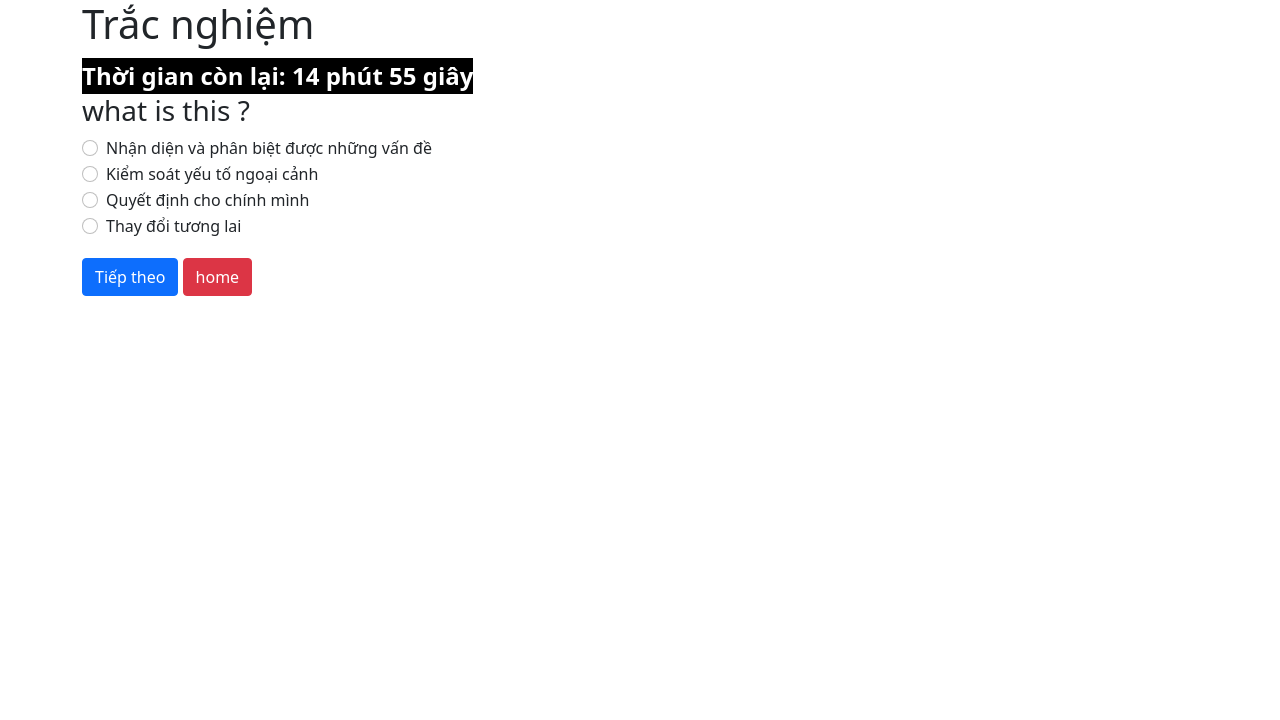
Repository: tran-thien-nhan/quiz_tlln
Page: men_advantage_quiz.html
The author's editor kept a copy of each file at every save. The page is drawn from the files as they stood at one save, then again after the next save.
The browser window is 1280 px wide. The pictures show the whole page.

Above is the page before, as saved 2023-06-25 19:18:58.

### men_advantage_quiz.html
<!DOCTYPE html>
<html lang="en">

<head>
    <meta charset="UTF-8">
    <meta name="viewport" content="width=device-width, initial-scale=1.0">
    <title>Trắc nghiệm</title>
    <link rel="stylesheet" href="https://cdnjs.cloudflare.com/ajax/libs/bootstrap/5.0.2/css/bootstrap.min.css">
    <style>
        .question {
            margin-bottom: 20px;
        }
    </style>
</head>

<body>
    <div class="container">
        <h1>Trắc nghiệm</h1>
        <div id="timeclock"></div>
        <div class="question" id="questionContainer">
            <h3 id="question"></h3>
            <img src="" alt="" id="image" style="display: none;"> <!-- Thêm thẻ <img> để hiển thị hình ảnh -->
            <div class="form-check">
                <input class="form-check-input" type="radio" name="answer" id="answer1">
                <label class="form-check-label" for="answer1" id="answerText1"></label>
            </div>
            <div class="form-check">
                <input class="form-check-input" type="radio" name="answer" id="answer2">
                <label class="form-check-label" for="answer2" id="answerText2"></label>
            </div>
            <div class="form-check">
                <input class="form-check-input" type="radio" name="answer" id="answer3">
                <label class="form-check-label" for="answer3" id="answerText3"></label>
            </div>
            <div class="form-check">
                <input class="form-check-input" type="radio" name="answer" id="answer4">
                <label class="form-check-label" for="answer4" id="answerText4"></label>
            </div>
            <span id="result"></span>
        </div>

        <button class="btn btn-primary" id="nextButton">Tiếp theo</button>
        <span id="score"></span>
        <a href="index.html" class="btn btn-danger" id="home">home</a>
    </div>

    <!-- Modal -->
    <div class="modal fade" id="myModal" tabindex="-1" aria-labelledby="exampleModalLabel" aria-hidden="true">
        <div class="modal-dialog">
            <div class="modal-content">
                <div class="modal-header">
                    <h5 class="modal-title" id="exampleModalLabel">Thông báo</h5>
                    <button type="button" class="btn-close" data-bs-dismiss="modal" aria-label="Close"></button>
                </div>
                <div class="modal-body">
                    Bạn có 15 phút để làm trắc nghiệm.
                </div>
            </div>
        </div>
    </div>

    <script src="https://cdnjs.cloudflare.com/ajax/libs/bootstrap/5.0.2/js/bootstrap.bundle.min.js"></script>
    <script>
        // Đọc câu hỏi từ tệp JSON
        fetch("men_advantage.json")
            .then(response => response.json())
            .then(data => {
                const questions = data.questions;

                // Lấy ngẫu nhiên 20 câu hỏi
                const randomQuestions = getRandomElements(questions, 3);

                let currentQuestionIndex = 0;
                let score = 0;
                let timeRemaining = 900; // 15 phút * 60 giây = 900 giây

                const questionContainer = document.getElementById("questionContainer");
                const questionElement = document.getElementById("question");
                const imageElement = document.getElementById("image");
                const answerTextElements = [
                    document.getElementById("answerText1"),
                    document.getElementById("answerText2"),
                    document.getElementById("answerText3"),
                    document.getElementById("answerText4")
                ];
                const resultElement = document.getElementById("result");
                const nextButton = document.getElementById("nextButton");
                const scoreElement = document.getElementById("score");

                // Cập nhật câu hỏi và câu trả lời
                function updateQuestion() {
                    const question = randomQuestions[currentQuestionIndex];
                    questionElement.textContent = question.question;
                    resultElement.textContent = "";

                    for (let i = 0; i < answerTextElements.length; i++) {
                        answerTextElements[i].textContent = question.choices[i];
                    }
                }

                // Kiểm tra câu trả lời
                function checkAnswer() {
                    const question = randomQuestions[currentQuestionIndex];
                    const selectedAnswer = document.querySelector('input[name="answer"]:checked');

                    if (selectedAnswer) {
                        const selectedAnswerText = selectedAnswer.nextElementSibling.textContent;

                        if (selectedAnswerText === question.correctAnswer) {
                            score += 1;
                            resultElement.textContent = "Đúng";
                            resultElement.style.color = "green";
                        } else {
                            resultElement.textContent = "Sai";
                            resultElement.style.color = "red";
                        }

                        setTimeout(() => {
                            currentQuestionIndex++;

                            if (currentQuestionIndex < randomQuestions.length) {
                                updateQuestion();
                                selectedAnswer.checked = false;
                                nextButton.disabled = true;
                                setTimeout(() => {
                                    nextButton.disabled = false;
                                }, 200);
                            } else {
                                clearInterval(timerInterval);
                                questionContainer.style.display = "none";
                                nextButton.style.display = "none";
                                const finalScore = (score / randomQuestions.length) * 10;
                                scoreElement.textContent = `Tổng điểm: ${finalScore.toFixed(1)}`;
                                scoreElement.style.display = "block";
                                scoreElement.style.fontWeight = "bold";

                                if (finalScore > 5) {
                                    scoreElement.style.color = "green"; // Màu xanh lá cây nếu tổng điểm lớn hơn 5
                                } else {
                                    scoreElement.style.color = "red"; // Màu đỏ nếu tổng điểm nhỏ hơn hoặc bằng 5
                                }

                                scoreElement.style.fontSize = "2rem";

                                if (timeRemaining === 0) {
                                    questionContainer.style.display = "none";
                                    nextButton.style.display = "none";
                                } else {
                                    questionContainer.style.display = "none";
                                    nextButton.style.display = "none";
                                    const minutes = Math.floor((15 * 60 - timeRemaining) / 60);
                                    const seconds = (15 * 60 - timeRemaining) % 60;
                                    timerElement.textContent = `Bạn đã làm xong trong: ${minutes} phút ${seconds} giây`;
                                    timerElement.style.backgroundColor = "white";
                                    timerElement.style.color = "black";
                                }
                            }
                        }, 200);
                    }
                }

                // Xử lý sự kiện khi nhấn nút "Tiếp theo"
                nextButton.addEventListener("click", () => {
                    checkAnswer();
                });

                // Bắt đầu trắc nghiệm
                updateQuestion();

                // Đồng hồ đếm ngược
                const timerElement = document.createElement("div");
                timerElement.style.fontSize = "24px";
                timerElement.style.fontWeight = "bold";
                timerElement.style.marginTop = "10px";
                timerElement.style.textAlign = "center";
                timerElement.style.color = "white";
                timerElement.style.backgroundColor = "black";
                timerElement.style.width = "fit-content";
                timeclock.appendChild(timerElement);

                const timerInterval = setInterval(() => {
                    timeRemaining--;
                    const minutes = Math.floor(timeRemaining / 60);
                    const seconds = timeRemaining % 60;
                    timerElement.textContent = `Thời gian còn lại: ${minutes} phút ${seconds} giây`;

                    if (timeRemaining === 0) {
                        clearInterval(timerInterval);
                        questionContainer.style.display = "none";
                        nextButton.style.display = "none";
                        const finalScore = (score / randomQuestions.length) * 10;
                        scoreElement.textContent = `Tổng điểm: ${finalScore.toFixed(1)}`;
                        scoreElement.style.display = "block";
                        scoreElement.style.fontWeight = "bold";
                        scoreElement.style.color = "red";
                        scoreElement.style.fontSize = "2rem";
                    }
                }, 1000);

                // Hiển thị modal thông báo
                const modal = new bootstrap.Modal(document.getElementById("myModal"));
                modal.show();

                // Tự động đóng modal sau 3 giây
                setTimeout(() => {
                    modal.hide();
                }, 3000);
            })
            .catch(error => {
                console.error("Error:", error);
            });

        // Hàm lấy ngẫu nhiên các phần tử từ một mảng
        function getRandomElements(array, numElements) {
            const shuffledArray = array.sort(() => Math.random() - 0.5);
            return shuffledArray.slice(0, numElements);
        }
    </script>
</body>

</html>

### men_advantage.json
{
    "questions": [
        {
            "question": "what is this ?",
            "image": "img/men_advantage/smv.webp",
            "choices": [
                "Nhận diện và phân biệt được những vấn đề",
                "Kiểm soát yếu tố ngoại cảnh",
                "Quyết định cho chính mình",
                "Thay đổi tương lai"
            ],
            "correctAnswer": "Nhận diện và phân biệt được những vấn đề"
        }
    ]
}

After the next save:
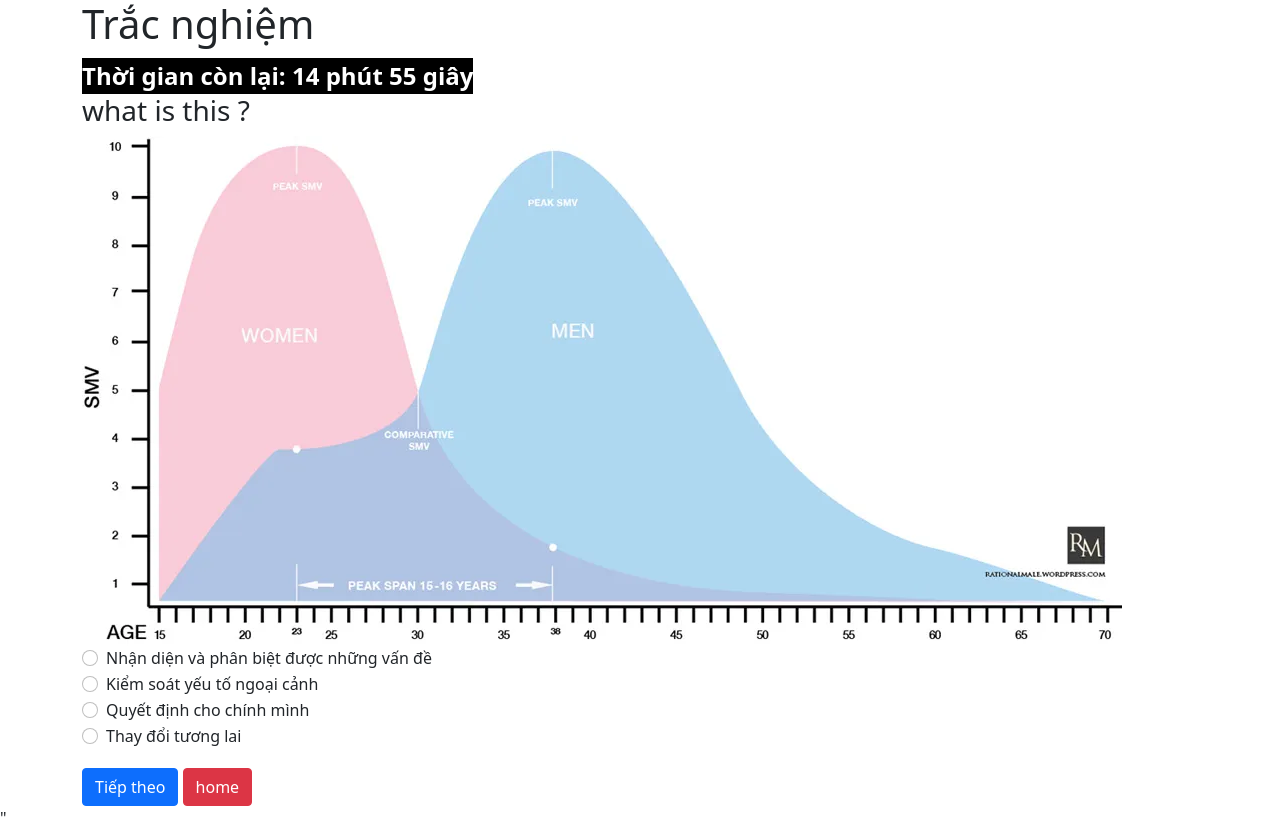
Saved 3 min 2 s later.
--- a/men_advantage_quiz.html
+++ b/men_advantage_quiz.html
@@ -92,6 +92,14 @@
                     const question = randomQuestions[currentQuestionIndex];
                     questionElement.textContent = question.question;
                     resultElement.textContent = "";
+
+                    // Kiểm tra xem câu hỏi có hình ảnh hay không
+                    if (question.hasOwnProperty("image") && question.image !== "") {
+                        imageElement.style.display = "block"; // Hiển thị thẻ <img>
+                        imageElement.src = question.image; // Đặt đường dẫn hình ảnh
+                    } else {
+                        imageElement.style.display = "none"; // Ẩn thẻ <img> nếu không có hình ảnh
+                    }
 
                     for (let i = 0; i < answerTextElements.length; i++) {
                         answerTextElements[i].textContent = question.choices[i];
@@ -218,4 +226,4 @@
     </script>
 </body>
 
-</html>
+</html>"
